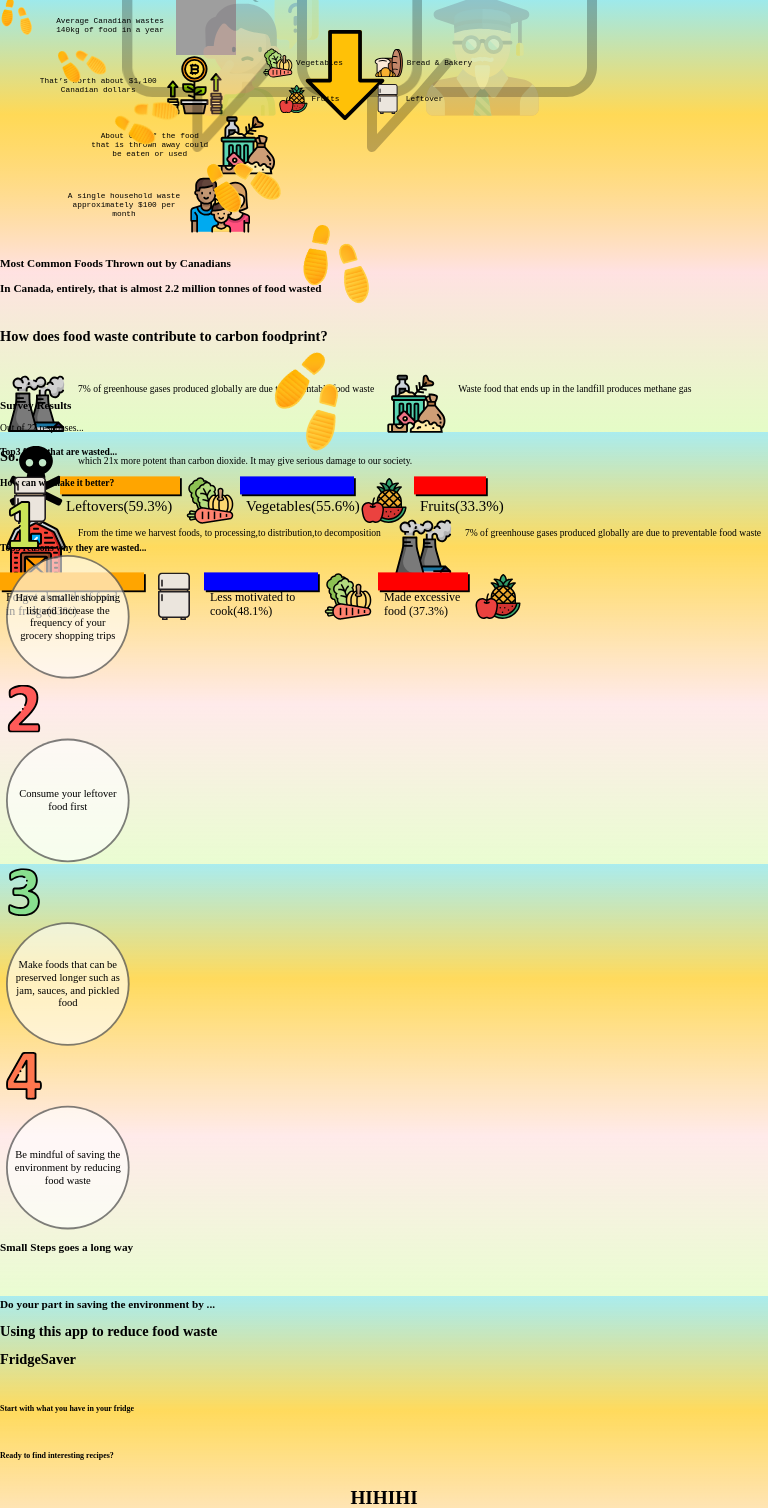
Repository: iorid3/Midterm
Page: index.html
The author's editor kept a copy of each file at every save. The page is drawn from the files as they stood at one save, then again after the next save.
The browser window is 1280 px wide. The pictures show the whole page, at 60% of full size.
Pictures or frames that could not be fetched are drawn as grey boxes.

Above is the page before, as saved 2021-03-09 11:37:08.

After the next save:
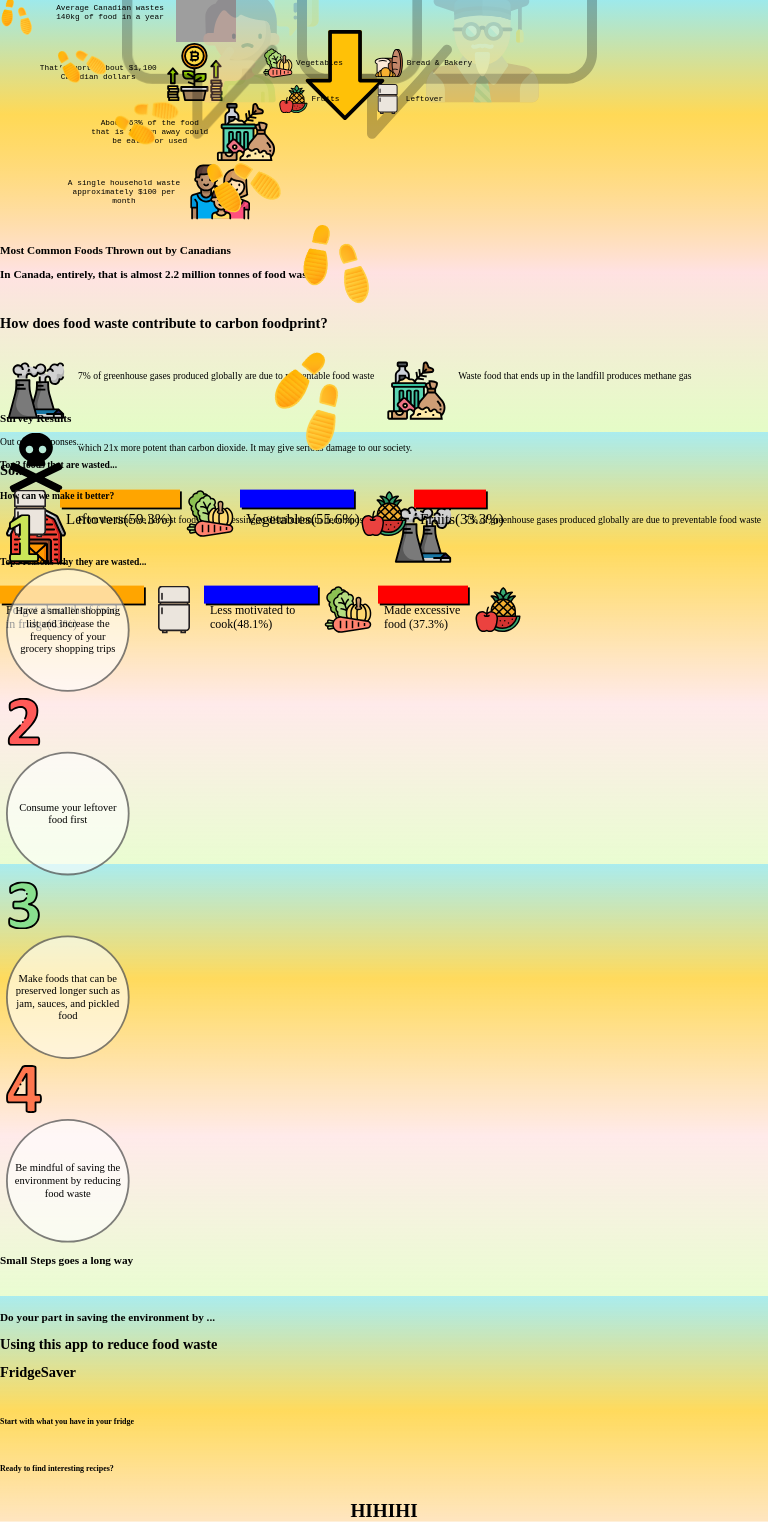
Saved 17 s later.
--- a/index.css
+++ b/index.css
@@ -26,7 +26,7 @@ html,body{
     display:flex;
     flex-direction: column;
     width:100%;
-    height:100px;
+    height:20%;
 }
 
 .section4{
